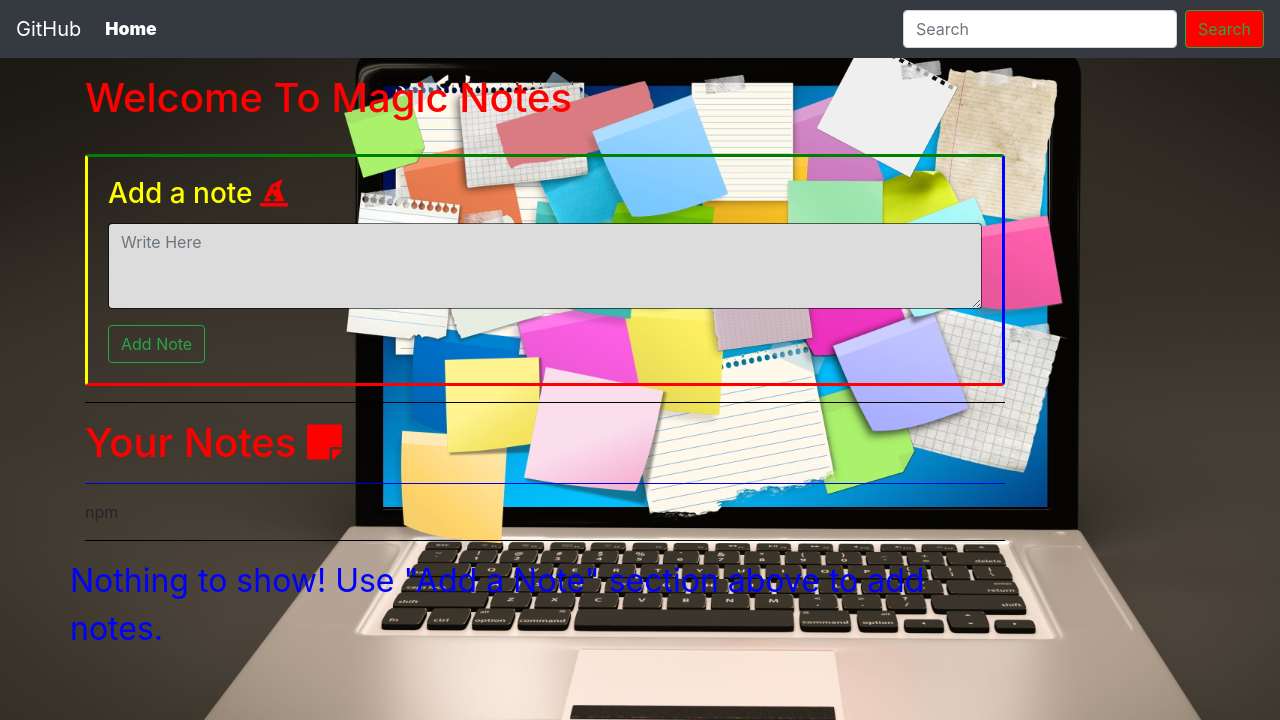
Repository: Prrajainn/Project-MagiCNotes
Page: magicNotes.html
An editor plug-in stored every save of this project. The page is shown before and after the next save, followed by the edit.
The browser window is 1280 px wide. The pictures show the whole page.

Above is the page before, as saved 2020-08-11 21:21:36.

After the next save:
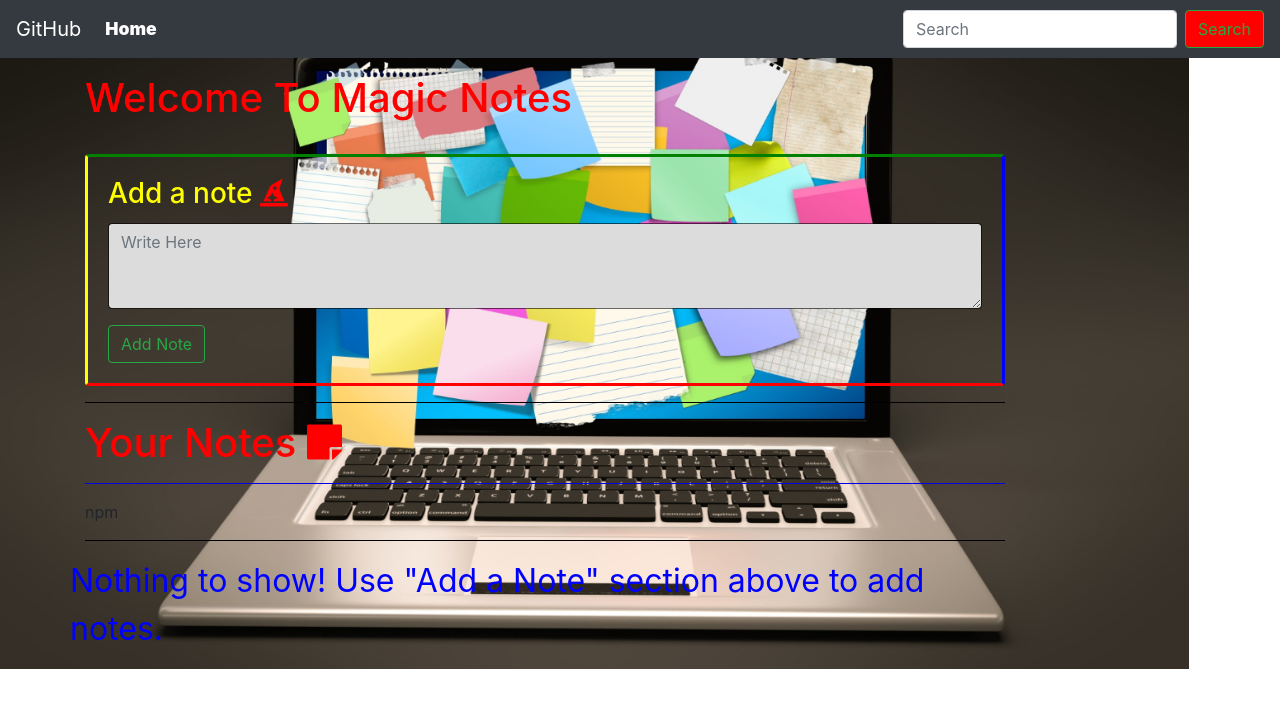
Saved 7 s later.
--- a/magicNotes.html
+++ b/magicNotes.html
@@ -19,7 +19,7 @@
       background-image: url("notes2.jpg");
 
       background-repeat: no-repeat;
-      background-size: ;
+      background-size: contain;
 
     }
   </style>

After the 3 saves that followed:
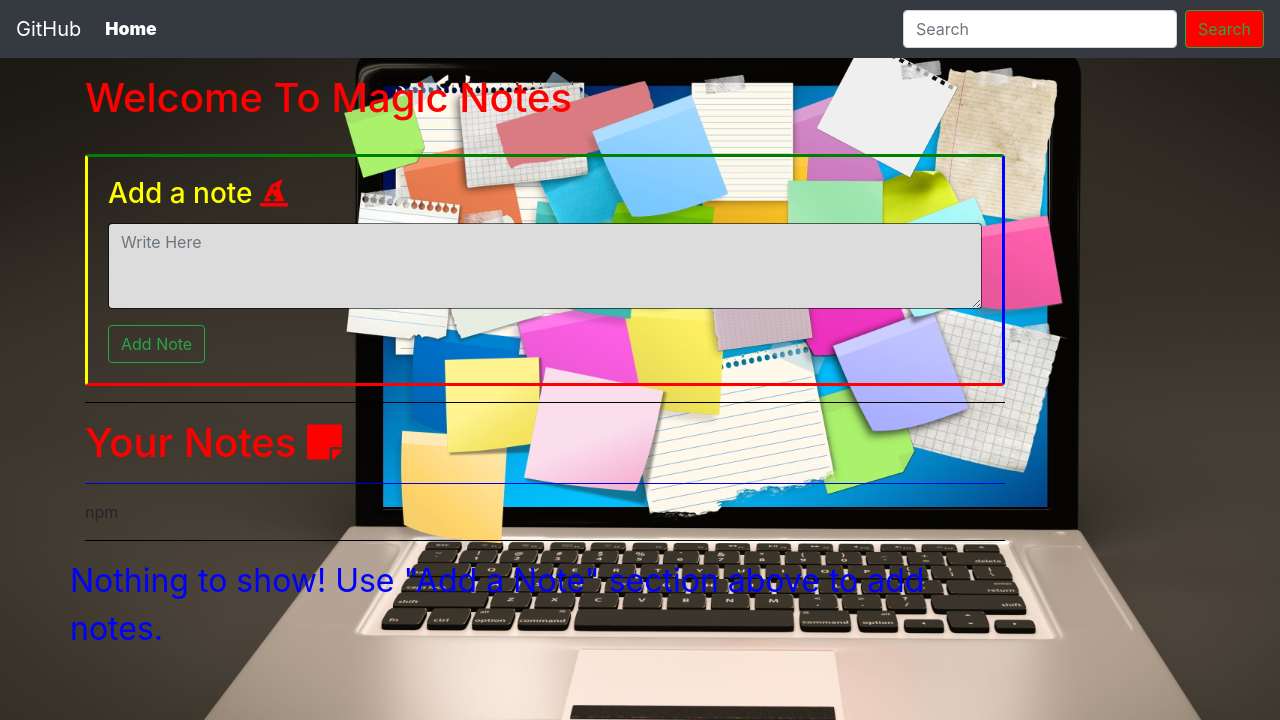
The 3 saves are shown as one change because they came seconds apart.
The last was saved 13 s later.
--- a/magicNotes.html
+++ b/magicNotes.html
@@ -19,7 +19,7 @@
       background-image: url("notes2.jpg");
 
       background-repeat: no-repeat;
-      background-size: contain;
+      background-size: initial;
 
     }
   </style>
